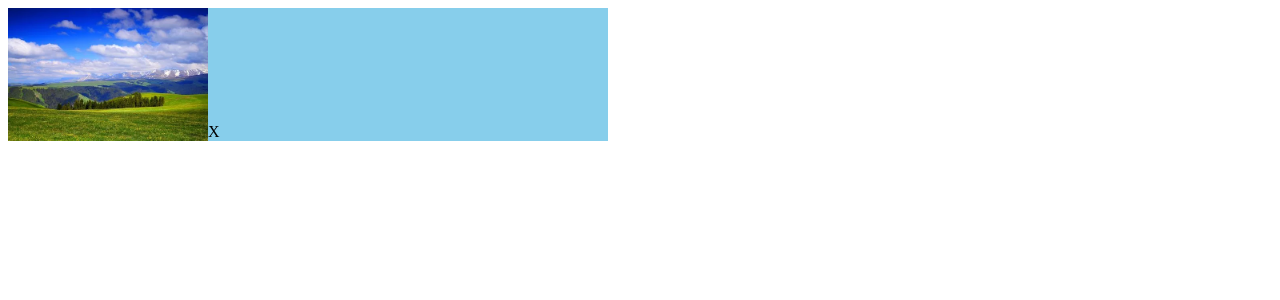
Repository: 123648923/html5-css3
Page: css/15 盒子模型/18 行内块的幽灵空白问题.html
These files come from the project's save history. The page is drawn as it stood at one moment and after the next save; the edit follows.
The browser window is 1280 px wide. The pictures show the whole page.

Above is the page before, as saved 2023-11-07 15:04:35.

After the next save:
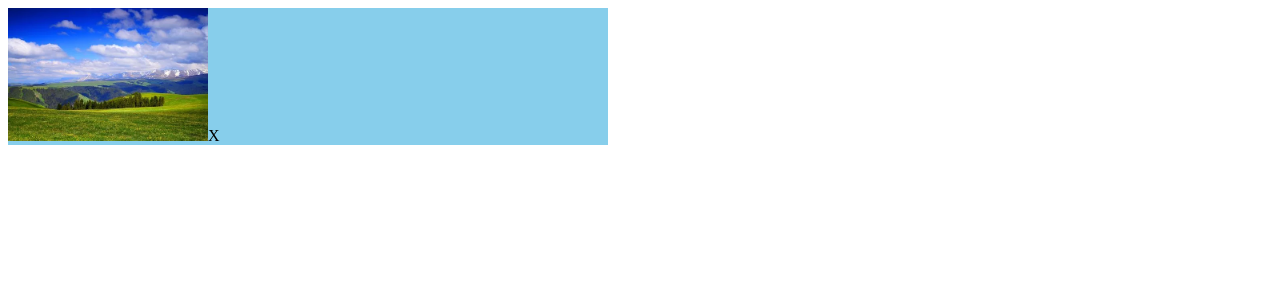
Saved 5 s later.
--- a/css/15 盒子模型/18 行内块的幽灵空白问题.html
+++ b/css/15 盒子模型/18 行内块的幽灵空白问题.html
@@ -12,7 +12,7 @@
 
         img {
             width: 200px;
-            vertical-align: bottom;
+            /* vertical-align: bottom; */
         }
     </style>
 </head>
